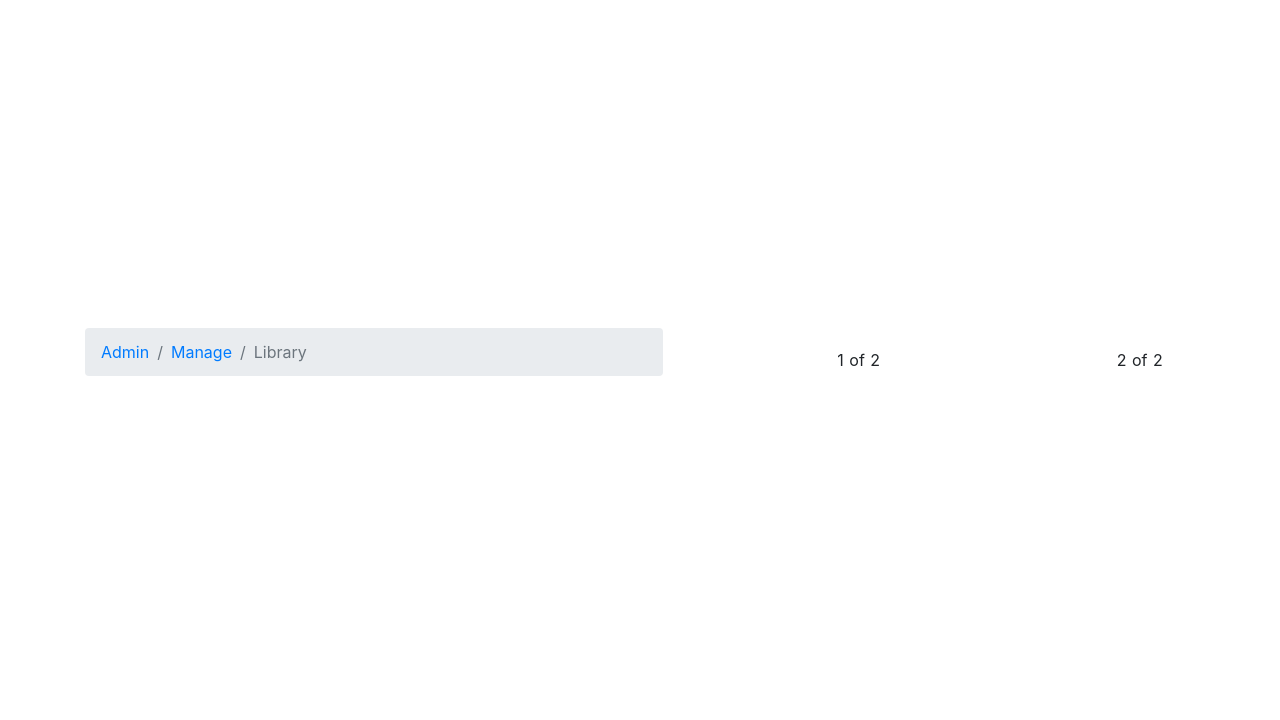
Repository: MTTTM/nuxt-xiaomatata
Page: /
The author's editor kept a copy of each file at every save. The page is drawn from the files as they stood at one save, then again after the next save.
The browser window is 1280 px wide. The pictures show the part of the page from y = 600 to 1320 px (the page is 1320 px tall).
The project was rebuilt for these pictures with package versions that can differ from the ones it lists, and the page was loaded fresh each time. The framework's server and built-in components were replaced by stand-ins that run in the browser. Also part of the build but not shown: nuxt.config.js, components/Logo.vue, components/aboutMe.vue, components/articleListItem.vue, components/bloggerRanking.vue, components/carouselBox.vue, components/classifyList.vue, components/commentBox.vue and 7 more. Imported but missing from the stored project, and not drawn on this page: components/cmSpinner, mixins/scrollLoad.

Above is the page before, as saved 2021-04-10 11:11:53.

### components/breadCrumb.vue
<template>
  <b-breadcrumb :items="items"></b-breadcrumb>
</template>

<script>
export default {
  data() {
    return {
      items: [
        {
          text: "Admin",
          href: "#",
        },
        {
          text: "Manage",
          href: "#",
        },
        {
          text: "Library",
          active: true,
        },
      ],
    };
  },
};
</script>

### components/navBar.vue
<template>
  <div class="nav-bar">
    <b-navbar toggleable="lg" type="dark" variant="info" fixed="top">
      <b-navbar-brand href="#"> 塔塔 </b-navbar-brand>

      <b-navbar-toggle target="nav-collapse" />

      <b-collapse id="nav-collapse" is-nav>
        <b-navbar-nav>
          <b-nav-item href="#"> Link </b-nav-item>
          <b-nav-item href="#" disabled> Disabled </b-nav-item>
          <b-nav-item-dropdown text="Lang" right>
            <b-dropdown-item href="#"> EN </b-dropdown-item>
            <b-dropdown-item href="#"> ES </b-dropdown-item>
            <b-dropdown-item href="#"> RU </b-dropdown-item>
            <b-dropdown-item href="#"> FA </b-dropdown-item>
          </b-nav-item-dropdown>
        </b-navbar-nav>

        <!-- Right aligned nav items -->
        <b-navbar-nav class="ml-auto">
          <b-nav-form>
            <b-form-input size="sm" class="mr-sm-2" placeholder="Search" />

            <b-button size="sm" class="my-2 my-sm-0" type="submit">
              Search
            </b-button>
          </b-nav-form>

          <b-nav-item-dropdown right>
            <!-- Using 'button-content' slot -->
            <template #button-content>
              <b-avatar
                variant="info"
                src="https://placekitten.com/300/300"
              ></b-avatar>
              <em>User</em>
            </template>

            <b-dropdown-item href="#"> Profile </b-dropdown-item>
            <b-dropdown-item href="#"> Sign Out </b-dropdown-item>
          </b-nav-item-dropdown>
        </b-navbar-nav>
      </b-collapse>
    </b-navbar>
  </div>
</template>
<script>
export default {};
</script>
<style lang="scss">
* {
  margin: 0;
  padding: 0;
}
</style>

### layouts/default.vue
<template>
  <div>
    <navBar />
    <Nuxt />
  </div>
</template>
<script>
import navBar from "../components/navBar";
export default {
  components: { navBar }
};
</script>
<style>
html {
  font-size: 16px;
  word-spacing: 1px;
  -ms-text-size-adjust: 100%;
  -webkit-text-size-adjust: 100%;
  -moz-osx-font-smoothing: grayscale;
  -webkit-font-smoothing: antialiased;
  box-sizing: border-box;
}
</style>

### pages/index.vue
<template>
  <div>
    <b-carousel
      id="carousel-1"
      v-model="slide"
      :interval="4000"
      controls
      indicators
      background="#ababab"
      img-width="1024"
      img-height="480"
      style="text-shadow: 1px 1px 2px #333"
      @sliding-start="onSlideStart"
      @sliding-end="onSlideEnd"
    >
      <!-- Text slides with image -->
      <b-carousel-slide
        caption="First slide"
        text="Nulla vitae elit libero, a pharetra augue mollis interdum."
        img-src="https://picsum.photos/1024/480/?image=52"
      ></b-carousel-slide>

      <!-- Slides with custom text -->
      <b-carousel-slide img-src="https://picsum.photos/1024/480/?image=54">
        <h1>Hello world!</h1>
      </b-carousel-slide>

      <!-- Slides with image only -->
      <b-carousel-slide
        img-src="https://picsum.photos/1024/480/?image=58"
      ></b-carousel-slide>

      <!-- Slides with img slot -->
      <!-- Note the classes .d-block and .img-fluid to prevent browser default image alignment -->
      <b-carousel-slide>
        <template #img>
          <img
            class="d-block img-fluid w-100"
            width="1024"
            height="480"
            src="https://picsum.photos/1024/480/?image=55"
            alt="image slot"
          />
        </template>
      </b-carousel-slide>

      <!-- Slide with blank fluid image to maintain slide aspect ratio -->
      <b-carousel-slide caption="Blank Image" img-blank img-alt="Blank image">
        <p>
          Lorem ipsum dolor sit amet, consectetur adipiscing elit. Suspendisse
          eros felis, tincidunt a tincidunt eget, convallis vel est. Ut
          pellentesque ut lacus vel interdum.
        </p>
      </b-carousel-slide>
    </b-carousel>

    <b-container class="bv-example-row">
      <breadCrumb class="w-100" />
      <b-row class="w-100">
        <b-col cols="9" md="9" sm="12">1 of 2</b-col>
        <b-col cols="3" md="3" sm="12">2 of 2</b-col>
      </b-row>
    </b-container>
  </div>
</template>
<script>
import breadCrumb from "../components/breadCrumb";
export default {
  components: { breadCrumb },
};
</script>
<style>
.container {
  margin: 0 auto;
  min-height: 100vh;
  display: flex;
  justify-content: center;
  align-items: center;
  text-align: center;
}

.title {
  display: block;
  font-weight: 300;
  font-size: 100px;
  color: #35495e;
  letter-spacing: 1px;
}

.subtitle {
  font-weight: 300;
  font-size: 42px;
  color: #526488;
  word-spacing: 5px;
  padding-bottom: 15px;
}

.links {
  padding-top: 15px;
}
</style>

Loaded but not shown: store/system.js (no copy from this time; the picture is the same without it)

After the next save:
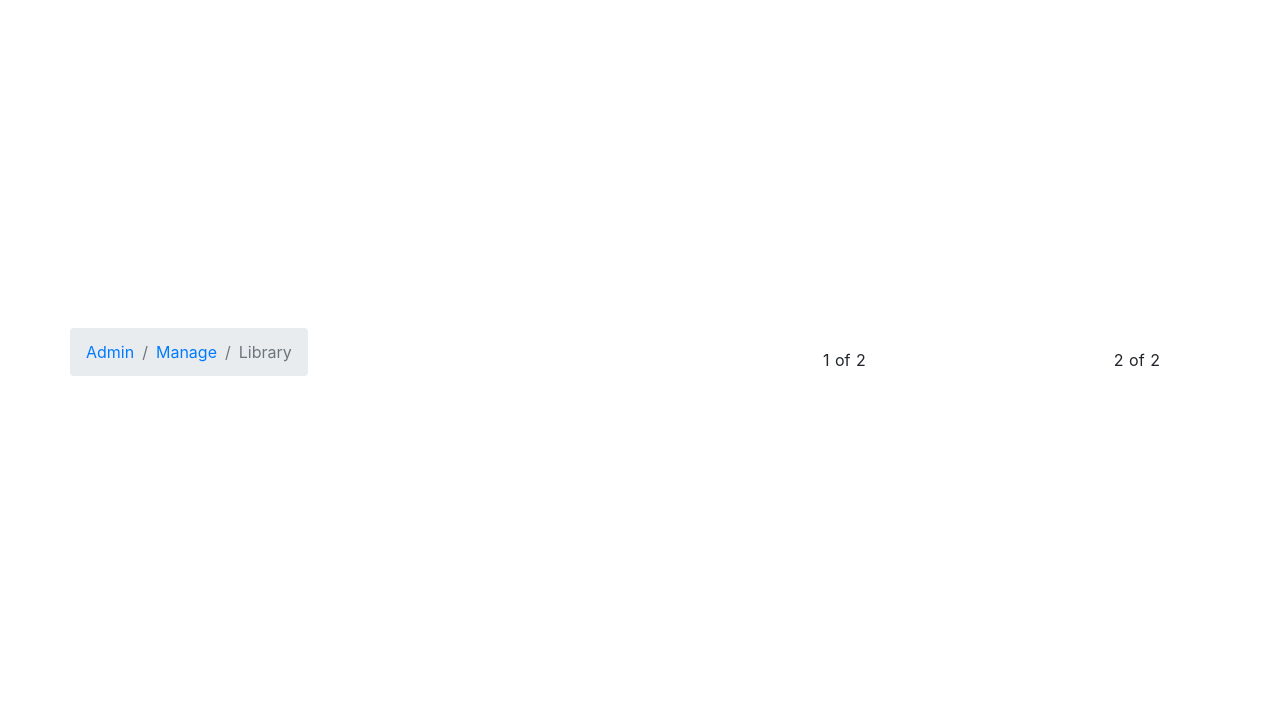
Saved 20 s later.
--- a/pages/index.vue
+++ b/pages/index.vue
@@ -55,7 +55,9 @@
     </b-carousel>
 
     <b-container class="bv-example-row">
-      <breadCrumb class="w-100" />
+      <b-row class="w-100">
+        <breadCrumb />
+      </b-row>
       <b-row class="w-100">
         <b-col cols="9" md="9" sm="12">1 of 2</b-col>
         <b-col cols="3" md="3" sm="12">2 of 2</b-col>
